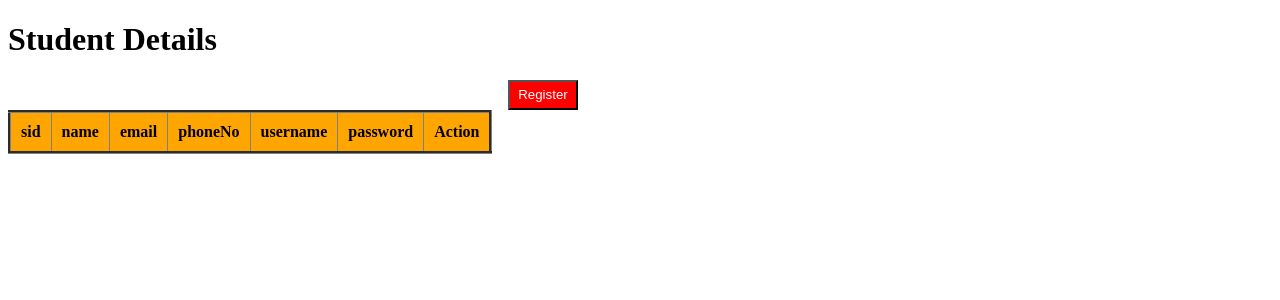
Repository: Madavahari/Servlets
Page: http://localhost/sms/allstd
These files come from the project's save history. The page is drawn as it stood at one moment and after the next save; the edit follows.
The browser window is 1280 px wide. The pictures show the whole page.
The page is served by Tomcat 9. Other server files are loaded and not shown. Queries for data that is not in the repository find no rows.

Above is the page before, as saved 2024-10-17 04:36:03.

### servlets/sms/src/main/webapp/allstd.jsp
<%@page import="java.sql.ResultSet"%>
<%@ page language="java" contentType="text/html; charset=UTF-8"
    pageEncoding="UTF-8"%>
<!DOCTYPE html>
<html>
<head>
<style type="text/css">
#btn
{
background-color: red;
color:white;
margin-left: 500px;
height: 30px;
width: 70px;
}
</style>
<meta charset="UTF-8">
<title>All EMployee Details</title>
</head>
<body>
<h1>Student Details</h1>
<a href="register.jsp"><button id="btn">Register</button></a>

<table border="3" cellpadding="10" rules="all" >
<thead style="background-color: orange">
<tr>
<th>sid</th>
<th>name</th>
<th>email</th>
<th>phoneNo</th>
<th>username</th>
<th>password</th>
<th colspan="2">Action</th>
</tr>
</thead>
<%
ResultSet rs=(ResultSet)request.getAttribute("rs");
while(rs.next())
{
%>
<tr>
<td><%=rs.getString(1) %></td>
<td><%=rs.getString(2) %></td>
<td><%=rs.getString(3) %></td>
<td><%=rs.getString(4) %></td>
<td><%=rs.getString(5) %></td>
<td><%=rs.getString(6) %></td>
<td><a href="delete?id= <%= rs.getString(1) %>"><button>Delete</button></a></td>
<td><button>Update</button></td>

</tr>

<%
}
%>
</table>

</body>
</html>

### servlets/sms/src/main/java/org/jsp/sms/FetchAllStudentServlet.java
package org.jsp.sms;

import java.io.IOException;
import java.sql.Connection;
import java.sql.DriverManager;
import java.sql.ResultSet;
import java.sql.SQLException;
import java.sql.Statement;

import javax.servlet.RequestDispatcher;
import javax.servlet.ServletException;
import javax.servlet.annotation.WebServlet;
import javax.servlet.http.HttpServlet;
import javax.servlet.http.HttpServletRequest;
import javax.servlet.http.HttpServletResponse;

@WebServlet(urlPatterns="/allstd")
public class FetchAllStudentServlet extends HttpServlet
{
	@Override
	protected void doGet(HttpServletRequest req, HttpServletResponse resp) throws ServletException, IOException
	{
		try {
			Class.forName("com.mysql.cj.jdbc.Driver");
			Connection con=DriverManager.getConnection("jdbc:mysql://localhost:3306/sms","root","root");
			Statement s=con.createStatement();
			ResultSet rs=s.executeQuery("select * from student");



			req.setAttribute("rs", rs);
			RequestDispatcher rd=req.getRequestDispatcher("allstd.jsp");
			rd.forward(req, resp);

			rs.close();
			s.close();
			con.close();

		} catch (ClassNotFoundException | SQLException e) {
			e.printStackTrace();
		}

	}

}

After the next save:
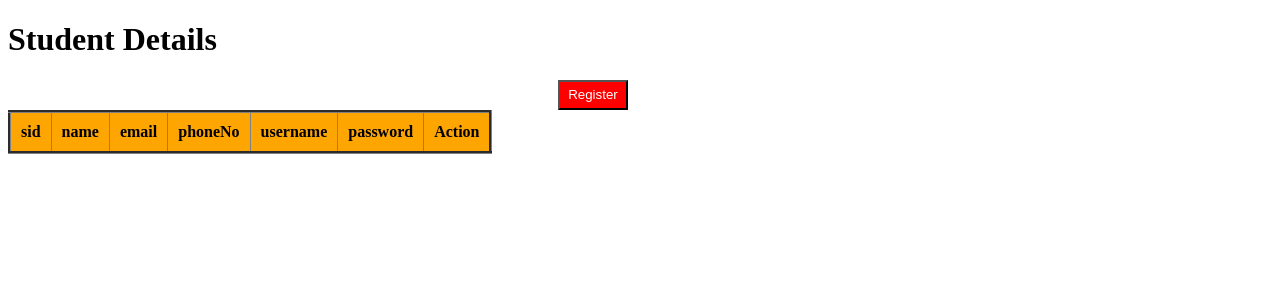
Saved 16 s later.
--- a/servlets/sms/src/main/webapp/allstd.jsp
+++ b/servlets/sms/src/main/webapp/allstd.jsp
@@ -9,7 +9,7 @@
 {
 background-color: red;
 color:white;
-margin-left: 500px;
+margin-left: 550px;
 height: 30px;
 width: 70px;
 }
